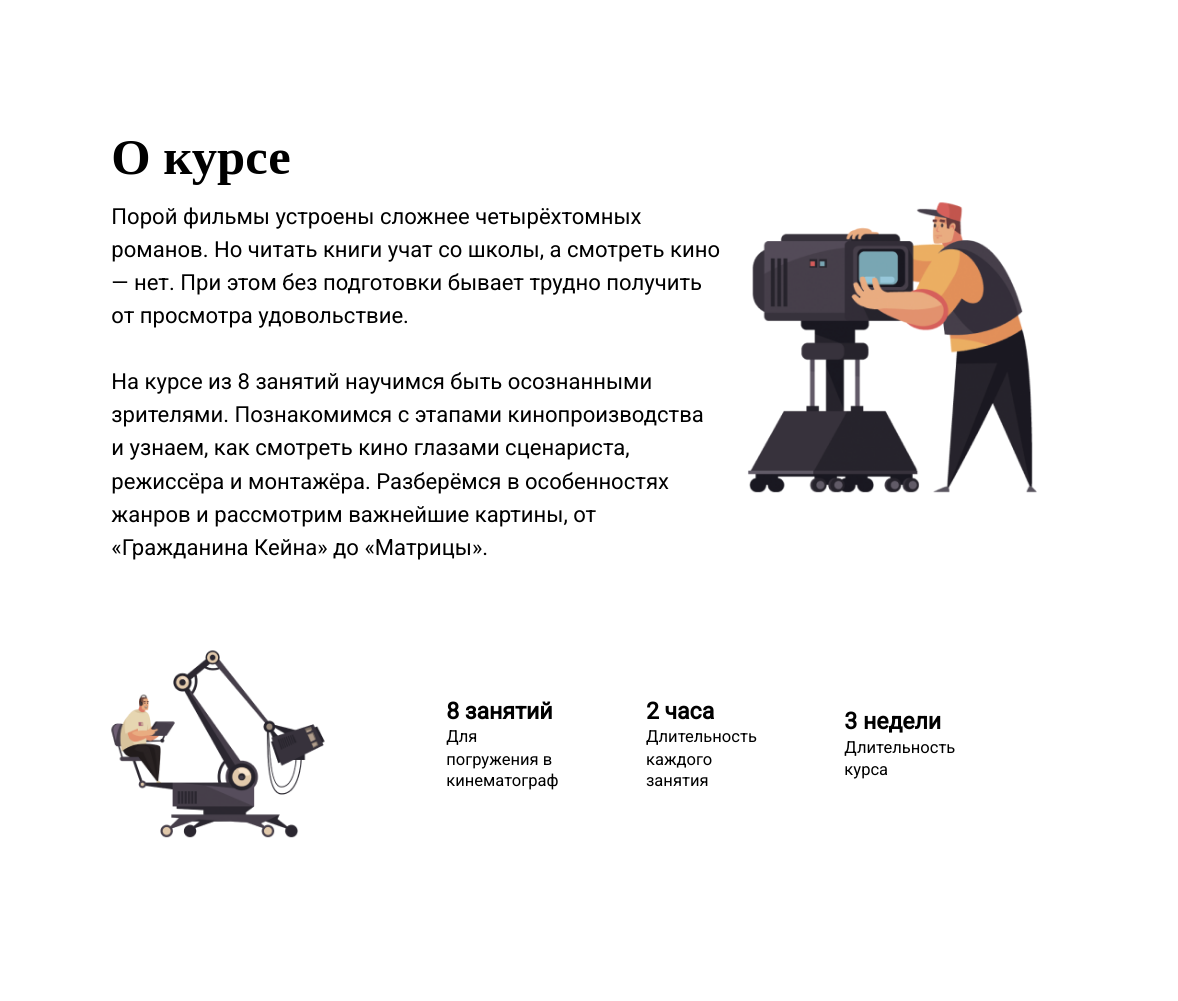
Repository: MehdiKerimov/Figma-task-2
Page: index.html
The author's editor kept a copy of each file at every save. The page is drawn from the files as they stood at one save, then again after the next save.
The browser window is 1280 px wide. The pictures show the whole page, at 92% of full size.

Above is the page before, as saved 2023-08-23 12:02:24.

### index.html
<!DOCTYPE html>
<html lang="en">
  <head>
    <meta charset="UTF-8" />
    <meta name="viewport" content="width=device-width, initial-scale=1.0" />
    <title>Document</title>
    <link rel="stylesheet" href="index.css" />
  </head>
  <body>
    <div class="container">
      <div class="box-1">
        <div class="text-container">
          <h1>О курсе</h1>
          <p class="text-1">
            Порой фильмы устроены сложнее четырёхтомных романов. Но читать книги
            учат со школы, а смотреть кино — нет. При этом без подготовки бывает
            трудно получить от просмотра удовольствие.

            <br /> <br>
            На курсе из 8 занятий научимся быть осознанными зрителями.
            Познакомимся с этапами кинопроизводства и узнаем, как смотреть кино
            глазами сценариста, режиссёра и монтажёра. Разберёмся в особенностях
            жанров и рассмотрим важнейшие картины, от «Гражданина Кейна» до
            «Матрицы».
          </p>
        </div>
        <img src="_1 1 (1).png" alt="" />
      </div>

      <div class="box-2">
        <img src="photo 1 (4).png" alt="" />
        <ul>
          <li >
            <h2>8 занятий </h2>
            <p>Для погружения в кинематограф</p>
          </li>
          <li>
            <h2>2 часа</h2>
            <p>Длительность
              каждого занятия</p>
          </li>
          <li>
            <h2>3 недели</h2><p>Длительность
              курса</p>
          </li>
        </ul>
      </div>
    </div>



    </div>
  </body>
</html>

### index.css
@import url("https://fonts.googleapis.com/css2?family=Roboto&display=swap");
* {
  padding: 0;
  margin: 0;
  box-sizing: border-box;
}
.container {
  background-color: ;
  padding: 143px 153px 178px 121px;
}
.box-1 {
  display: flex;
  justify-content: space-between;
  align-items: center;
}
.box-1 .text-container {
  width: 662px;
}
.box-1 h1 {
  color: #000;
  font-family: Roboto Slab;
  font-size: 55px;
  font-style: normal;
  font-weight: 700;
  line-height: 101.385%;
}
.box-1 p {
  margin-top: 18px;
  color: #000;
  font-family: Roboto;
  font-size: 24px;
  font-style: normal;
  font-weight: 400;
  line-height: 150%;
}
ul {
  display: flex;
  list-style-type: none;
  align-items: center;
  margin-left: 132px;
}

.box-2 h2 {
  color: #000;
  font-family: Roboto;
  font-size: 25px;
  font-style: normal;
  font-weight: 700;
  line-height: 130%;
}
ul li p {
  color: #000;
  font-family: Roboto;
  font-size: 18px;
  font-style: normal;
  font-weight: 400;
  line-height: 130%;
}
.box-2 {
  display: flex;
  align-items: center;
  margin-top: 94px;
}

li {
  margin-right: 95px;
}
/* tabletstyle */
@media screen and (max-width: 1024px) {
  .container {
    padding: 100px 89px 94px 70px;
  }
  .box-1 .text-container {
    width: 383px;
  }
  .box-1 h1 {
    font-size: 32px;
  }
  .box-1 p {
    margin-top: 10px;
    font-size: 14px;
  }
  .box-1 img {
    width: 181.858px;
    height: 182.438px;
  }
  ul {
    margin-left: 70px;
  }
  .box-2 h2 {
    font-size: 15px;
  }

  .box-2 img {
    width: 134.367px;
    height: 117.571px;
  }
  ul li p {
    font-size: 11px;
  }
  .box-2 {
    margin-top: 54px;
  }
  li {
    margin-right: 55px;
  }
}
/* mobilstyle */

@media screen and (max-width: 768px) {
  .container {
    padding: 75px 31px 59px 36px;
  }
  .box-1 {
    flex-direction: column;
  }
  .box-1 .text-container {
    width: 308px;
  }
  .box-1 img {
    width: 146.315px;
    height: 146.781px;
  }
  .box-1 h1 {
    font-size: 26px;
  }
  .box-2 img {
    display: none;
  }
  ul {
    margin-left: 35px;
  }
  .box-2 h2 {
    font-size: 12px;
  }
  ul li p {
    font-size: 10px;
  }
  .box-2 {
    margin-top: 30px;
  }
  li {
    margin-right: 33px;
  }
}

After the next save:
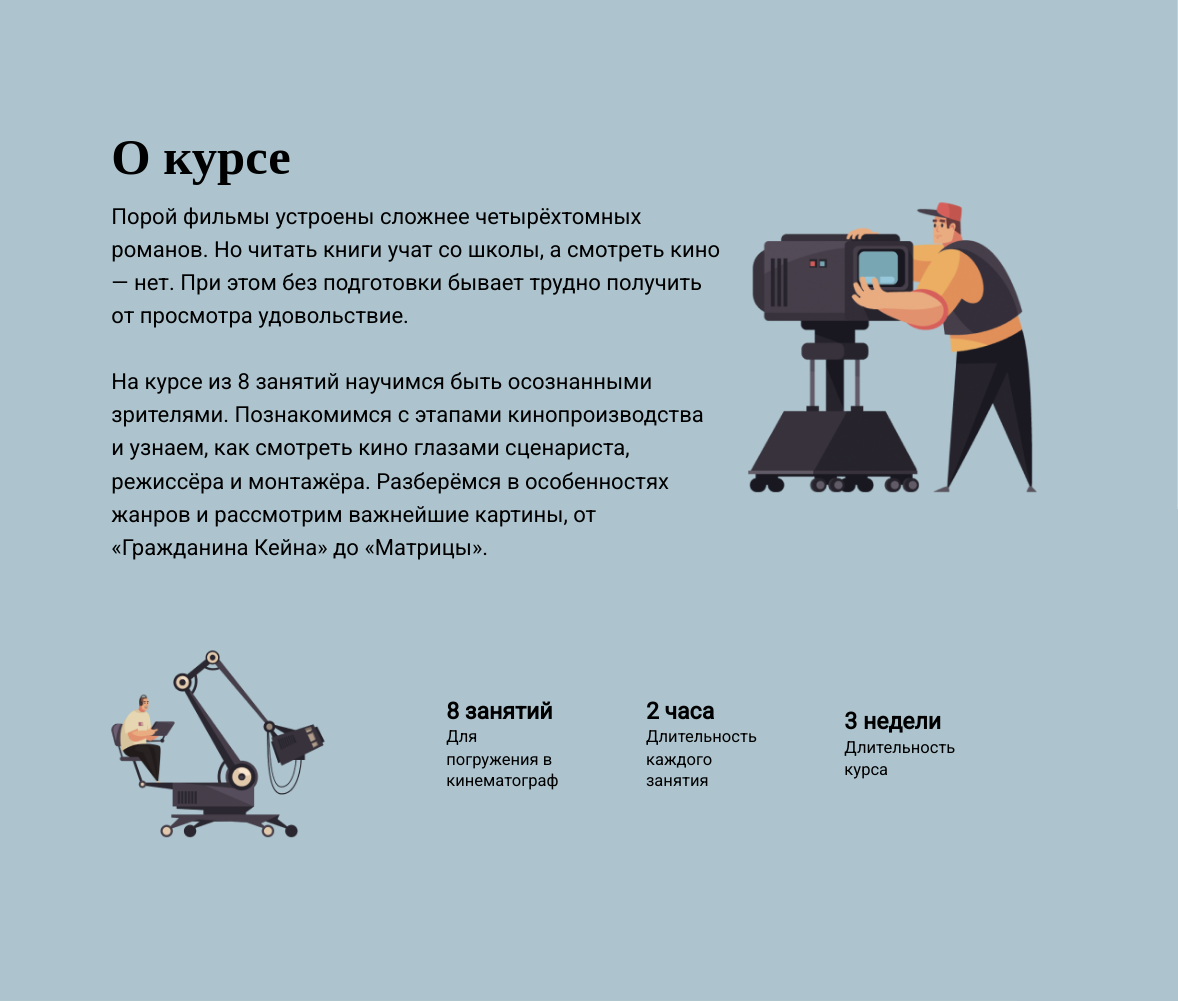
Saved 19 s later.
--- a/index.css
+++ b/index.css
@@ -5,7 +5,7 @@
   box-sizing: border-box;
 }
 .container {
-  background-color: ;
+  background-color: #ADC4CE;
   padding: 143px 153px 178px 121px;
 }
 .box-1 {
